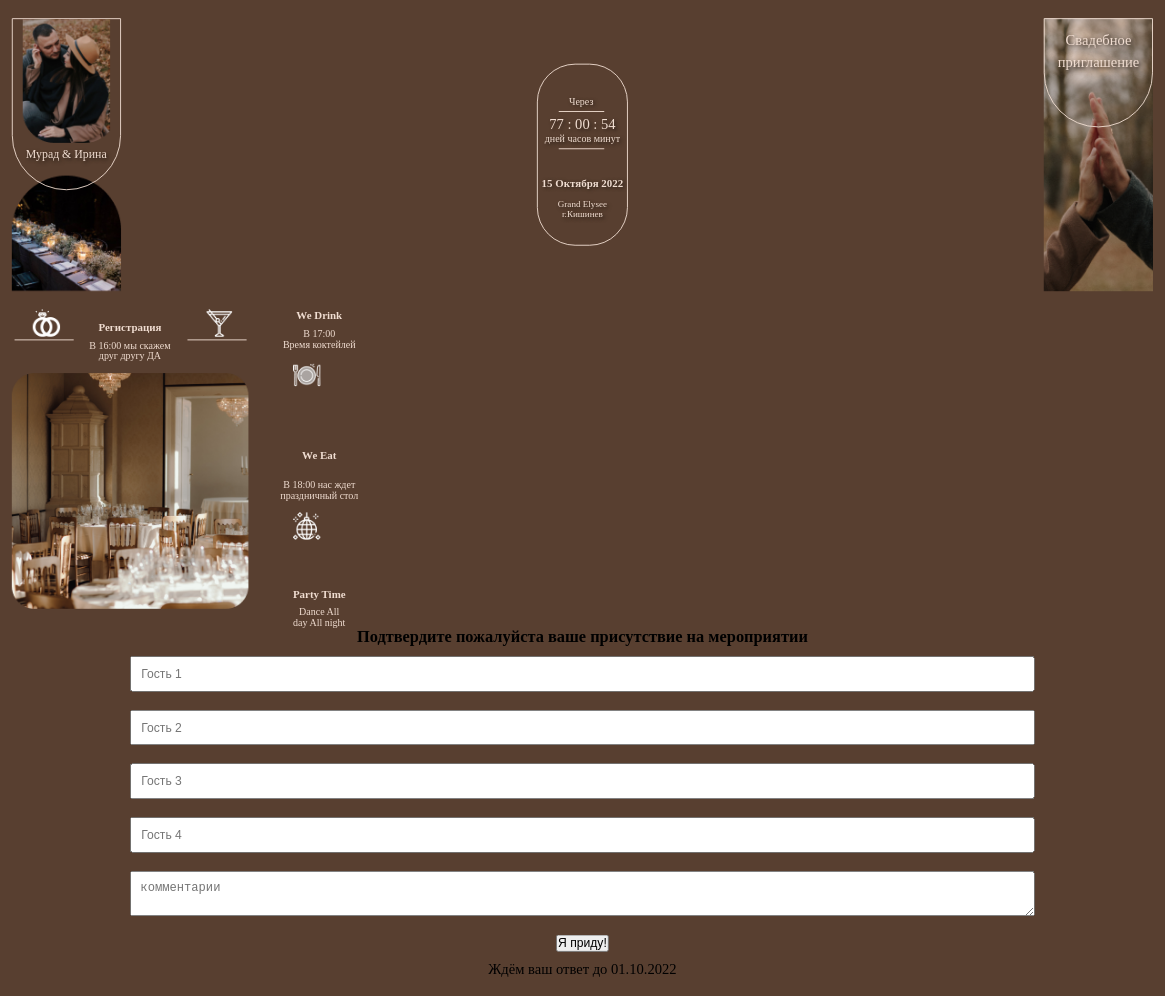
Repository: Anthony8845/wedding_invitation
Page: index.html
These files come from the project's save history. The page is drawn as it stood at one moment and after the next save; the edit follows.
The browser window is 1280 px wide. The pictures show the whole page, at 91% of full size.

Above is the page before, as saved 2022-07-30 11:09:18.

### index.html
<!DOCTYPE html>
<html lang="en">
<head>
    <meta charset="UTF-8">
    <meta http-equiv="X-UA-Compatible" content="IE=edge">
    <meta name="viewport" content="width=device-width, user-scalable=yes">
    <link rel="stylesheet" href="./style.css">
    <script defer src="./script.js"></script>
    <title>Приглашение на свадьбу</title>
</head>
<body>

    <div class="invitation">
        <div class="info">
            <div class="info_block">
                <div class="info_border">
                    <div class="info_img-u"></div>
                    <div class="info_name">Мурад & Ирина</div>
                </div>
                <div class="info_img-d"></div>
            </div>
            <div class="info_block">
                <div class="block__data">
                    <div class="container">
                        <span class="bord">Через</span>
                        <p id="timer">
                            <span id="timer-days"></span>
                            <span id="timer-hours"></span>
                            <span id="timer-mins"></span>
                            <br>
                        </p>
                        <div >
                            <span>дней</span>
                            <span>часов</span>
                            <span>минут</span>
                        </div>
                       <div class="date_border"></div>
                    </div>
                    <div class="info_date">
                        <h4>15 Октября 2022</h4>
                        <p>Grand Elysee <br>
                            г.Кишинев</p>
                    </div>
                </div>
            </div>
            <div class="info_block">
                <div class="info_invitation">Свадебное<br>приглашение</div>
                <div class="info_img-r"></div>
            </div>

        </div>
        <div class="timetable">
            <div class="timetable_block">
                <div class="block_icon">
                    <div class="icon_reg icon"></div>
                    <div class="line_icon-d"></div>
                </div>
                <div class="block_reg">
                    <h4>Регистрация</h4>
                    <p>В 16:00 мы скажем <br> друг другу ДА</p>
                </div>
                <div class="block_icon">
                    <div class="icon_drink icon"></div>
                    <div class="line_icon-d"></div>
                </div>

            </div>
            <div class="timetable_block">
                <div class="img_table"></div>
            </div>
            <div class="timetable_block">
                <div class="block_drink">
                    <h4>We Drink</h4>
                    <p>В 17:00<br> Время коктейлей</p>
                </div>
                <div class="block_icon">
                    <div class="icon_eat icon"></div>
                    <div class="line_icon-l"></div>
                </div>

                <div class="block_eat"></div>
                    <h4>We Eat</h4>
                    <p>В 18:00 нас ждет <br> праздничный стол</p>
                    <div class="block_icon">
                        <div class="icon_party icon"></div>
                        <div class="line_icon-l"></div>
                    </div>

                <div class="block_party">
                    <h4>Party Time</h4>
                    <p>Dance All<br> day All night</p>
                </div>
            </div>
        </div>
        <div class="thanks">
            <div></div>
            <div></div>
            <div></div>
        </div>
        <form class="form"  action="mail.php"  method="POST" >
            <h2 class="form__header">Подтвердите пожалуйста ваше присутствие на мероприятии</h2>
            <input class="form__input_item" type="text" name="Guest1" placeholder="Гость 1">
            <input class="form__input_item" type="text" name="Guest2" placeholder="Гость 2">
            <input class="form__input_item" type="text" name="Guest3" placeholder="Гость 3">
            <input class="form__input_item" type="text" name="Guest4" placeholder="Гость 4">
            <textarea class="form__comment" name="Comment" placeholder="комментарии"></textarea>
            <button class="form__btn">Я приду!</button>
        </form>
        <div class="footer">Ждём ваш ответ до 01.10.2022</div>
    </div>
</body>
</html>

### style.css
* {
    box-sizing: border-box;
    margin: 0;
    padding: 0;
}

body{

    padding: 20px 0;
    background-color: rgb(88, 63, 48);
}



.invitation {
    margin: 0 auto;
    margin: 0 1% 0 1%;
}
.info {
    text-align: center;
    margin-bottom: 20px;
    display: flex;
    justify-content: space-between;
    color: rgb(240, 221, 209);
    text-shadow: 2px 2px 4px rgb(44, 32, 24);
}
.info_block .block__data{
    display: flex;
    justify-content: center;
    align-items: center;
   margin-top: 50px;
}
.info_border {
    width: 120px;
    position: absolute;
    border: 1px solid rgb(240, 221, 209);
    padding-bottom: 30px;
    border-radius: 0 0 60px 60px;

}
.info_img-u {
    width: 120px;
    height: 136px;
    background: url(./img/IMG_2.png) no-repeat;
    margin-left: auto;
    margin-right: auto;
    width: 6em;
    margin-bottom: 5px;


}
.info_name {
    font-size: 13px;
}
.info_img-d {
    margin-top: 173px;
    width: 120px;
    height: 127px;
    background: url(./img/Image.png) no-repeat;
}

.info_img-r {
    width: 120px;
    height: 300px;
    background: url(./img/IMG_104-300.png) no-repeat;
    background-size: cover;
}


.block__data {
    font-size: 11px;
    display: flex;
    flex-direction: column;
    /* vertical-align: middle; */
    width: 100px;
    height: 200px;
    border: 1px solid rgb(240, 221, 209);
    border-radius: 42px;
}
.container{
    font-size: 11px;
}

.container #timer{
    font-size: 16px;
    /* display: flex;
    flex-direction: row; */
}

.info_timer {

}
#timer {
    padding: 5px 0 0 0;
}

.bord {
    display: block;
    width: 50px;
    padding: 5px 0;
    margin-left: 15px;
    border-bottom: 1px solid rgb(240, 221, 209);
}

.date_border {
    width: 50px;
    margin-left: 15px;
    padding: 0 0 5px 0;
    border-bottom: 1px solid rgb(240, 221, 209);
}

.info_date {
    margin-top: 30px;
    font-size: 10px;
}
.info_date h4 {
    font-size: 12px;
    padding-bottom: 10px;
}

.info_invitation{
    width: 120px;
    height: 120px;
    position: absolute;
    border: 1px solid rgb(240, 221, 209);
    border-radius: 0 0 60px 60px;
    padding-top: 10px;
    line-height: 25px;
}

.icon {
    width: 30px;
    height: 30px;
}

.block_icon{
    padding: 0 0 0 23px;
    width: 70px;
    height: 70px;
}

.line_icon-d{
    width: 65px;
    position: relative;
    right: 20px;
    padding-top: 3px;
    border-bottom: 1px solid rgb(240, 221, 209);
}
.line_icon-l{

}

.timetable {

    font-size: 11px;
    color: rgb(240, 221, 209);
    max-width: 390px;
    height: 350px;
    display: flex;
    flex-direction: column;
    flex-wrap: wrap;

}
.timetable_block {
    text-align: center;
    max-width: 260px;
    display: flex;
    justify-content: space-between;
}

.timetable_block:last-child {
    margin-left: 2%;
    height: 350px;
    display: flex;
    flex-direction: column;
    /* justify-content: space-between; */
}

.timetable_block h4 {
    font-size: 12px;
    padding-bottom: 5px;
}

.icon_reg {

    background: url(./img/wedding-rings.png) no-repeat ;
    background-size: contain;
}
.block_reg {
   padding-top: 5%;
}
.icon_drink {

    background: url(./img/martini.png) no-repeat;
    background-size: contain;
}
.img_table {
    width: 260px;
    height: 259px;
    background: url(./img/interior.png);
}
.block_drink {
}
.icon_eat {
    background: url(./img/dish.png) no-repeat;
    background-size: contain;
}
.block_eat {
}
.icon_party {
    background: url(./img/mirror-ball.png);
    background-size: contain;
}
.block_party {
}





.form {

    text-align: center;
    margin: 0 10%;

    display: flex;
    flex-direction: column;

}

.form::after {
    content: '';
    position: absolute;
    top: 0;
    left: 0;
    width: 100%;
    height: 100%;
    background: #767676 url(./img/heart.gif) center /50px no-repeat;
    opacity: 0;
    visibility: hidden;
}

.form._sending::after {
    opacity: 0.8;
    visibility: visible;
}


.form__header {
    font-size: 18px;
}

.form__input_item {
    margin: 10px 5px;
    padding: 10px 10px;

}

.form__comment {
    padding: 10px 10px;
    margin: 10px 5px;
    resize: vertical;
    height: 50px;
}

.form__btn {
    margin: 0 auto;
    margin-top: 10px;
    max-width: 70px;
}

.footer {
    margin-top: 10px;
    text-align: center;
}

### script.js
var endDate = new Date("Oct 15, 2022 12:00:00").getTime();
var timer = setInterval(function() {
    let now = new Date().getTime();
    let t = endDate - now;

    if (t >= 0) {

        let days = Math.floor(t / (1000 * 60 * 60 * 24));
        let hours = Math.floor((t % (1000 * 60 * 60 * 24)) / (1000 * 60 * 60));
        let mins = Math.floor((t % (1000 * 60 * 60)) / (1000 * 60));


        document.getElementById("timer-days").innerHTML = days +
        "<span class='label'> :</span>";

        document.getElementById("timer-hours").innerHTML = ("0"+hours).slice(-2) +
        "<span class='label'> :</span>";

        document.getElementById("timer-mins").innerHTML = ("0"+mins).slice(-2) +
        "<span class='label'></span>";


    } else {
        document.getElementById("timer").innerHTML = "The countdown is over!";

    }

}, 1000);


// 'use strict'

// document.addEventListener('DOMContentLoaded', function () {
//     const form = document.querySelector('.form');

//     form.addEventListener('submit', formSend);

//     async function formSend(e) {
//         e.preventDefault();

//         let formData = new FormData(form)


//         form.classList.add('_sending')

//         let responce = await fetch('send.php', {
//             method: 'POST',
//             body: formData
//         })
//         console.log(responce)
//         if(responce.ok) {
//             let result = await responce.json();
//             console.log(result.message)
//             form.reset()
//             form.classList.remove('_sending')

//         }else{
//             alert('Error бл')
//         }
//     }
// })

After the next save:
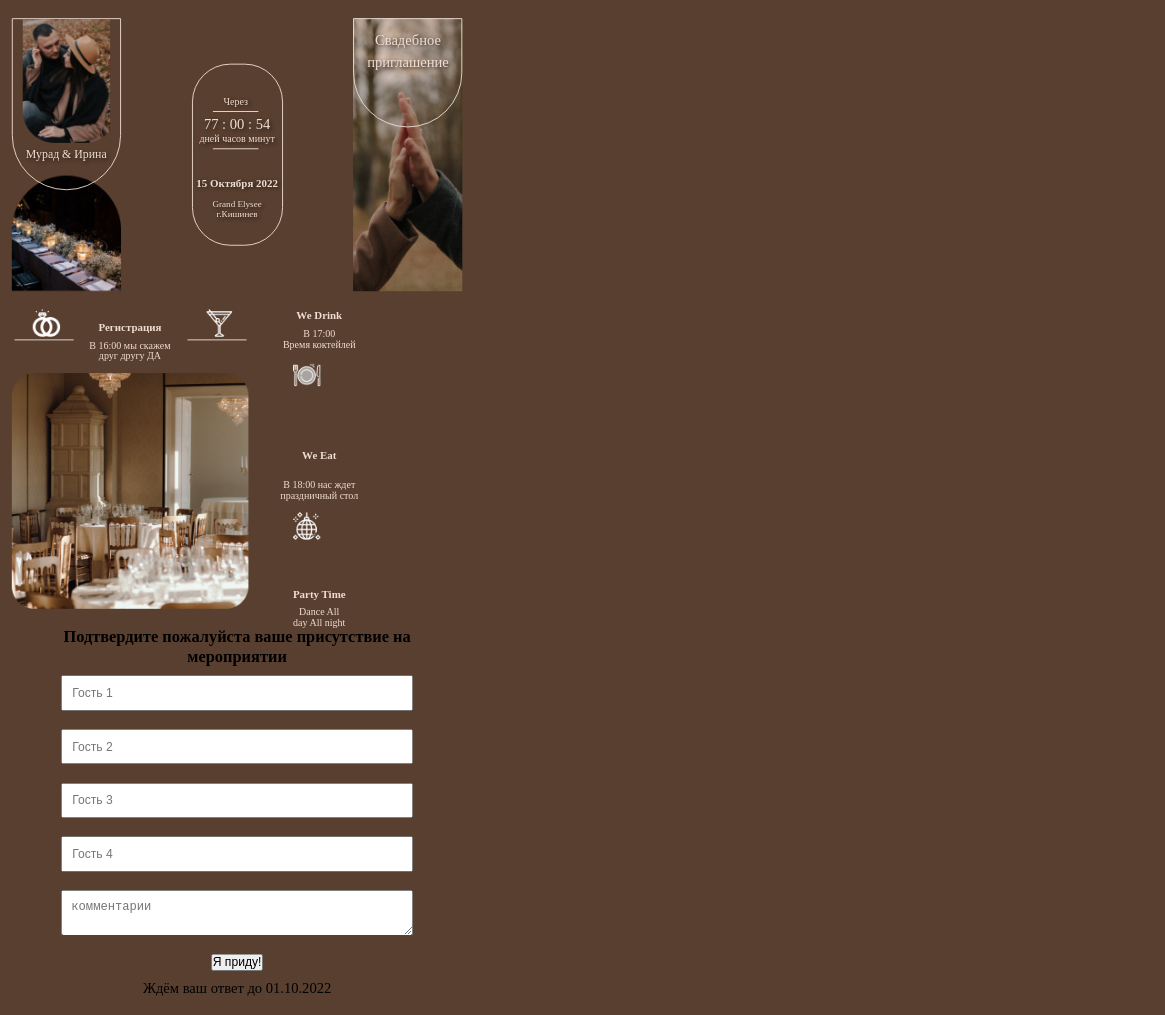
Saved 15 s later.
--- a/style.css
+++ b/style.css
@@ -13,7 +13,8 @@
 
 
 .invitation {
-    margin: 0 auto;
+    display: table;
+
     margin: 0 1% 0 1%;
 }
 .info {

After the save that followed:
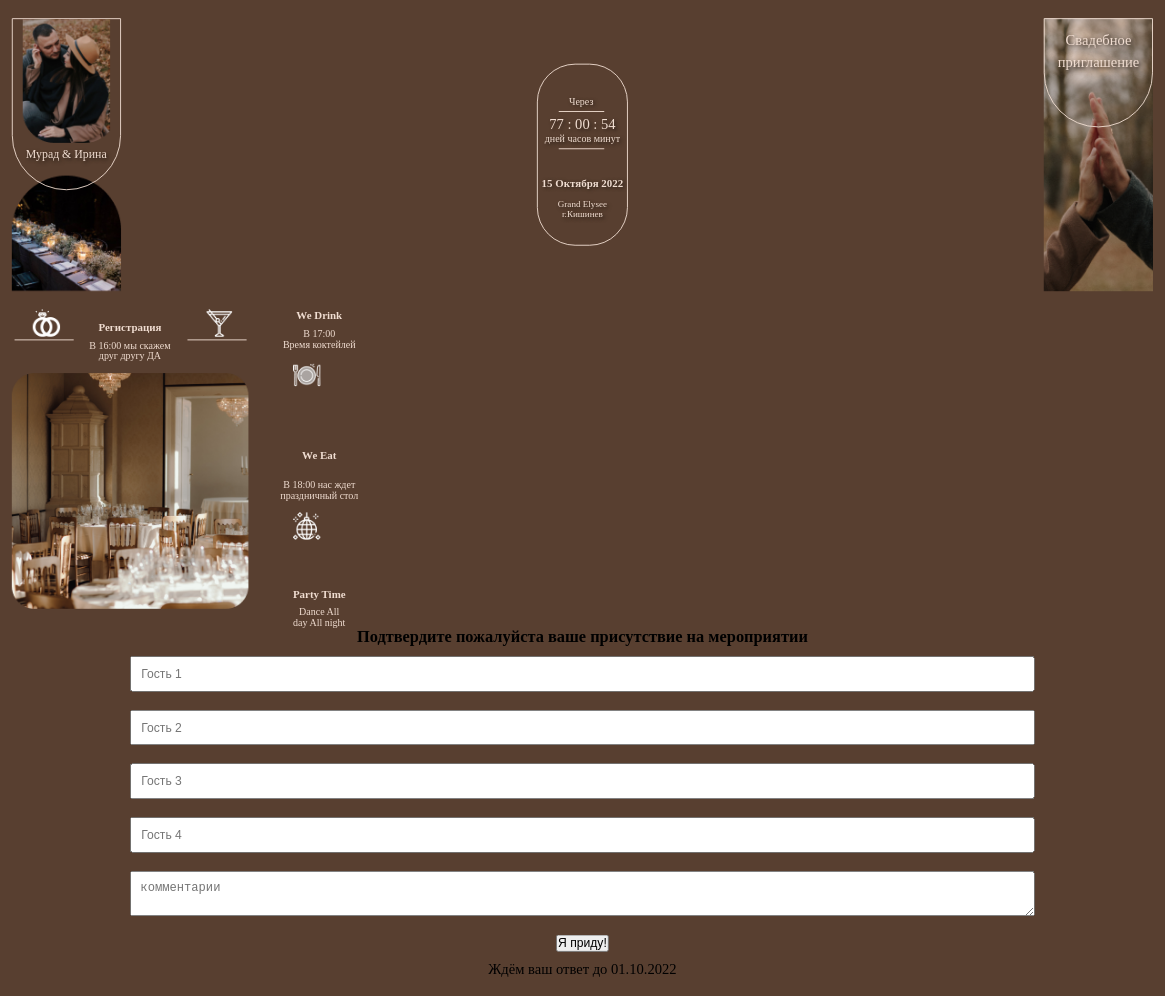
Saved 23 s later.
--- a/style.css
+++ b/style.css
@@ -13,7 +13,6 @@
 
 
 .invitation {
-    display: table;
 
     margin: 0 1% 0 1%;
 }
